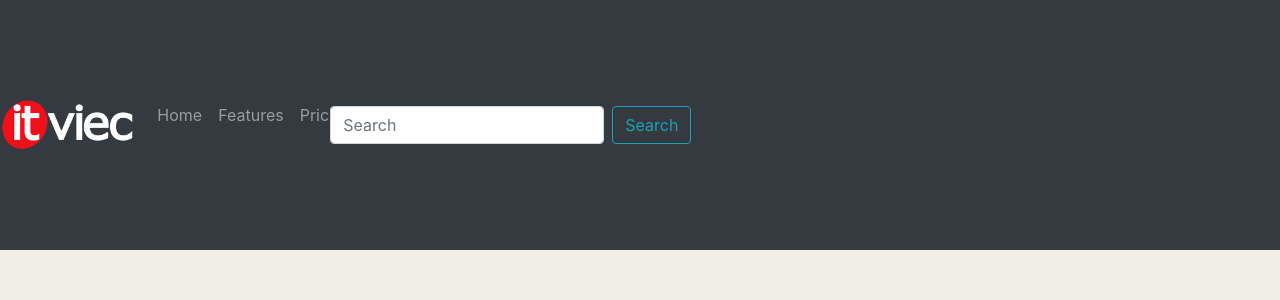
Repository: tts2610/itviec-clone
Page: /
These files come from the project's save history. The page is drawn as it stood at one moment and after the next save; the edit follows.
The browser window is 1280 px wide. The pictures show the whole page.
The page's requests for data from a server got no answer. Some web libraries are served in a nearby version. The project was rebuilt for these pictures with package versions that can differ from the ones it lists, and the page was loaded fresh each time. No one was signed in, and anything a server would have sent is missing. Also part of the build but not shown: src/pages/Login.js, src/pages/Detail.js, src/pages/404.js.

Above is the page before, as saved 2020-06-09 22:42:55.

After the next save:
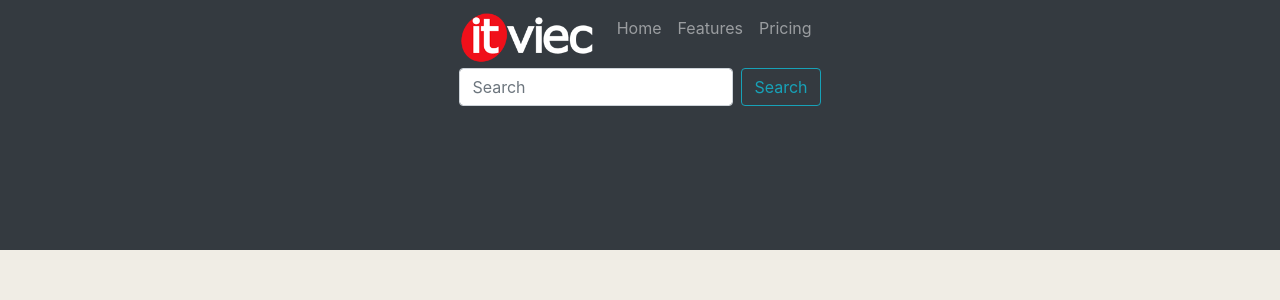
Saved 67 s later.
--- a/src/pages/Jobs.js
+++ b/src/pages/Jobs.js
@@ -73,7 +73,11 @@
 
   return (
     <div>
-      <Navbar style={{ height: "250px" }} bg="dark" variant="dark">
+      <Navbar
+        style={{ height: "250px", display: "flex", flexDirection: "column" }}
+        bg="dark"
+        variant="dark"
+      >
         <Row>
           <Navbar.Brand href="/">
             <img
